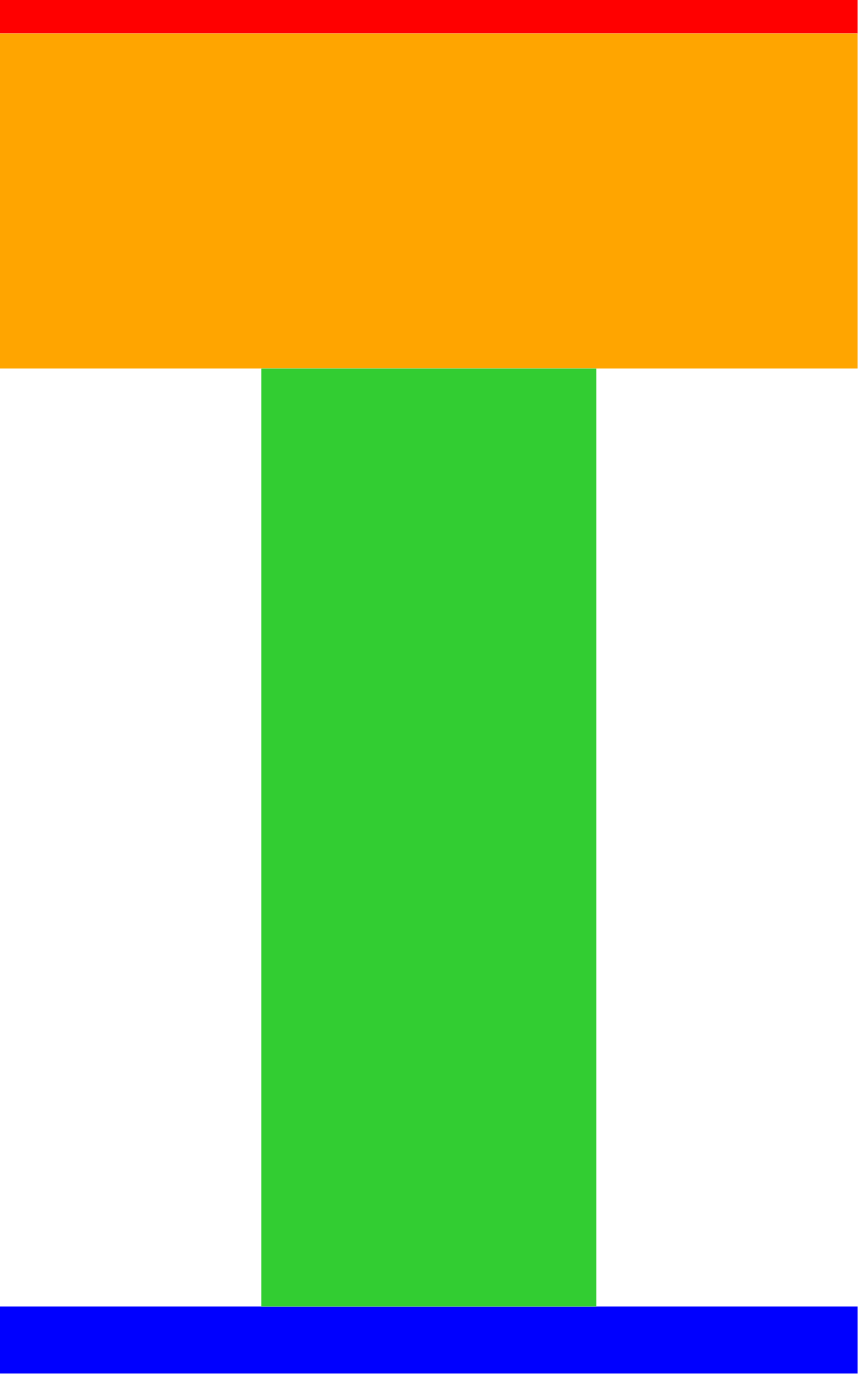
Repository: yesohnuki/shinya-ohnuki
Page: caravan/chapter4_exercise.html
The author's editor kept a record of every edit. The page is drawn from the files as they stood at one moment, then again after the next edit.
The browser window is 1280 px wide. The pictures show the whole page, at 67% of full size.

Above is the page before.

After the next edit:
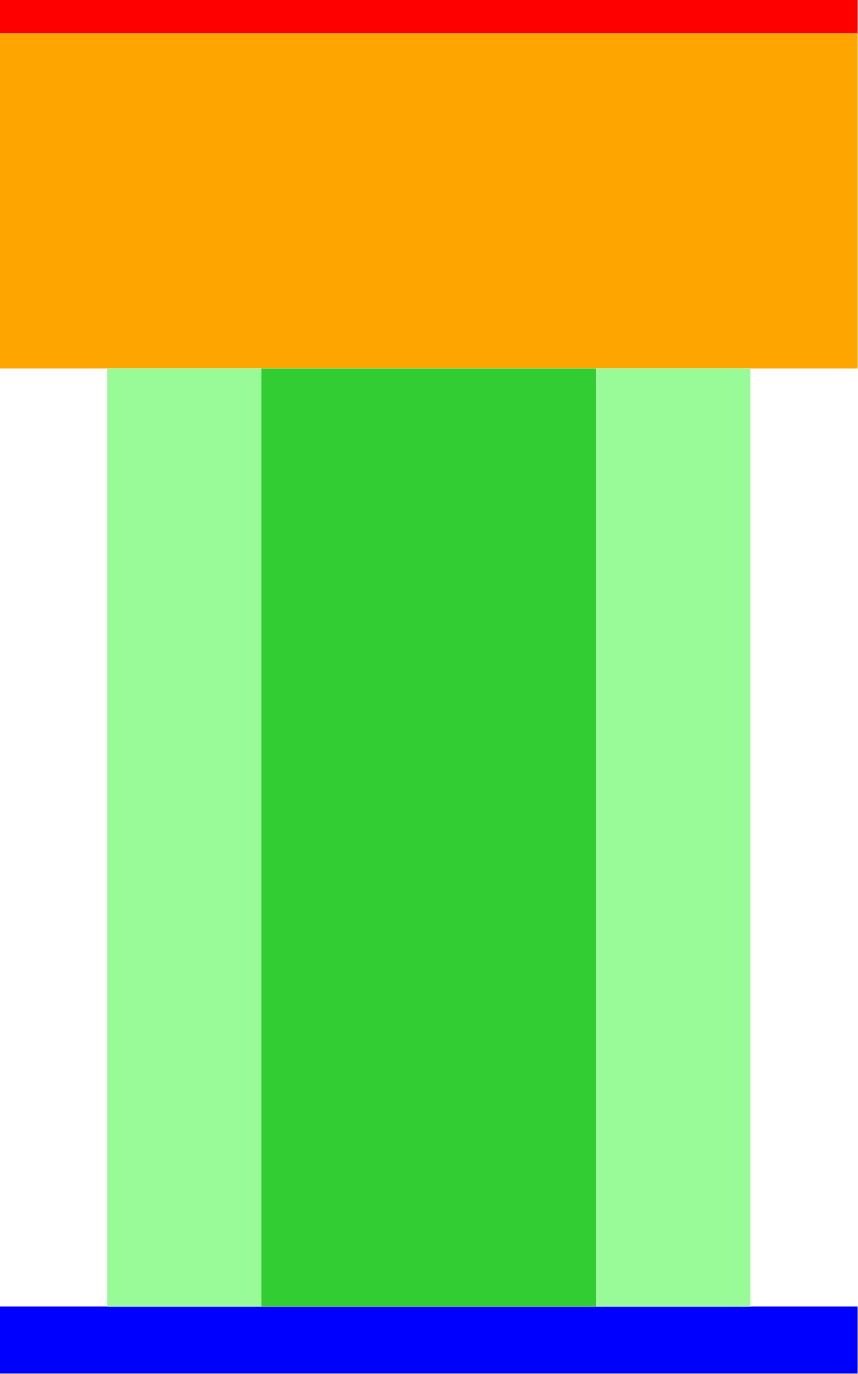
The edit:
--- a/caravan/chapter4_exercise.html
+++ b/caravan/chapter4_exercise.html
@@ -12,8 +12,9 @@
     <div class="main-visual"></div>
 
   <div class="main">
-     <div class="brog"></div>
-     <div class="sidebar"></div>
+    <div class="sidebar-left"></div>
+    <div class="brog"></div>
+    <div class="sidebar-right"></div>
   </div>
 
     <div class="footer"></div>
